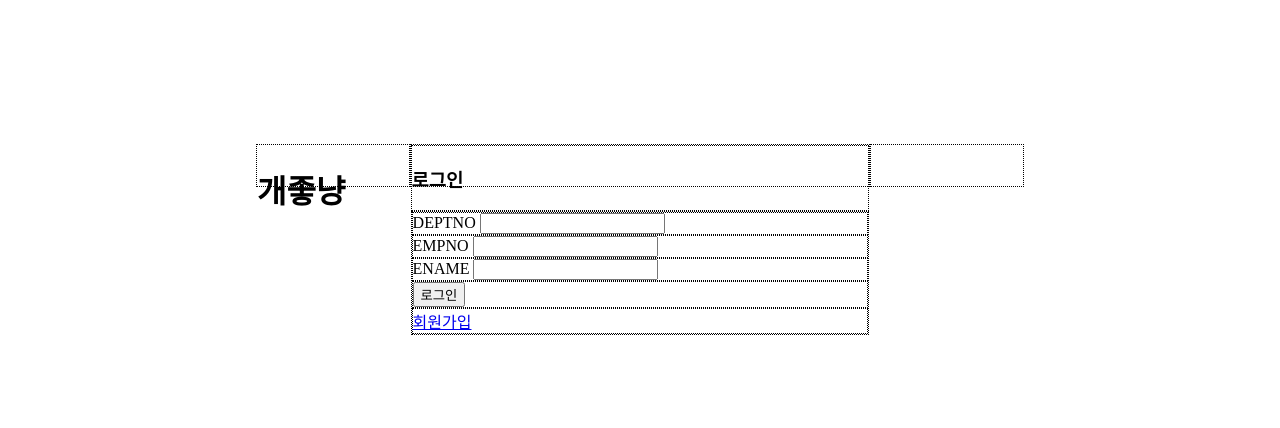
Repository: rmsgh2392/jee-company
Page: http://localhost/company/facade.do
These files come from the project's save history. The page is drawn as it stood at one moment and after the next save; the edit follows.
The browser window is 1280 px wide. The pictures show the whole page.
The page is served by Tomcat 9. Other server files are loaded and not shown.

Above is the page before, as saved 2019-10-07 10:38:18.

### company/WebContent/WEB-INF/views/facade/main.jsp
<%@ page language="java" contentType="text/html; charset=UTF-8"
    pageEncoding="UTF-8"%>
<%@taglib prefix="e" uri="http://java.sun.com/jsp/jstl/core"%>
<jsp:include page="../common/head.jsp"/>
<div class="container">
	<div><h1 id="main_text">개좋냥</h1></div>
	<div class="content">
	<e:choose>
		<e:when test="${page eq 'login'}">
			<jsp:include page="login.jsp"/>
		</e:when>
		<e:when test="${page eq 'join'}">
			<jsp:include page="join.jsp"/>
		</e:when>
		<e:when test="${page eq 'mypage'}">
			<jsp:include page="mypage.jsp"/>
		</e:when>
	</e:choose>
</div>
<div>
</div>
</div>
<script>
app.init('${ctx}');
</script>
<jsp:include page="../common/foot.jsp"/>

### company/WebContent/WEB-INF/views/common/head.jsp
<%@ page language="java" contentType="text/html; charset=UTF-8"
    pageEncoding="UTF-8"%>
<!DOCTYPE html>
<html>
<head>
<meta charset="UTF-8">
<title>Insert title here</title>
<script src="${js}/jquery.js"></script>
<link rel="stylesheet" type="text/css" href="${css}/style.css"/></link>
<script src="${js}/app.js"></script>
</head>
<body>
<div class="wrapper" style="width:100%; height:100%">
<div></div> <div></div> <div></div>
<div></div>

### company/WebContent/WEB-INF/views/facade/login.jsp
<%@ page language="java" contentType="text/html; charset=UTF-8"
    pageEncoding="UTF-8"%>
<form id="login_form">
	<div><h3 id="join_text">로그인</h3></div>
	<div class = "login_spac">
		<div id="text">
			DEPTNO <input id="deptname" class="login_text" type="text" name="deptNo"/>
		</div>
		<div id="text">
			EMPNO <input id="username" class="login_text" type="text" name="empNo"/>
		</div>
		<div id="text">
			ENAME <input id="userpw" class="login_text" type="text" name="ename"/>
		</div>
		<div>
			<input id="login_btn" type="button" value="로그인"/>
		</div>
		<div>
			<a id="a_join" href="#">회원가입</a>
		</div>
		<input type="hidden" name="action" value="login"/>
		<input type="hidden" name="page" value="mypage"/>
	</div>
</form>
<script>
app.init('${ctx}');
</script>

### company/WebContent/WEB-INF/views/common/foot.jsp
<%@ page language="java" contentType="text/html; charset=UTF-8"
    pageEncoding="UTF-8"%>
<div></div>
<div></div> <div></div> <div></div>
  </div>
</body>
</html>

### company/src/com/company/web/controllers/FacadeController.java
package com.company.web.controllers;

import java.io.IOException;
import javax.servlet.ServletException;
import javax.servlet.annotation.WebServlet;
import javax.servlet.http.HttpServlet;
import javax.servlet.http.HttpServletRequest;
import javax.servlet.http.HttpServletResponse;

import com.company.web.pool.Constants;

@WebServlet("/facade.do")
public class FacadeController extends HttpServlet {
	private static final long serialVersionUID = 1L;

	enum Resources{
		CTX, CSS, JS
	}
	protected void doGet(HttpServletRequest request, HttpServletResponse response) throws ServletException, IOException {
		for(Resources r : Resources.values()) {
			if(r.toString().toLowerCase().equals("ctx")) {
				request.getSession().setAttribute(r.toString().toLowerCase(), request.getContextPath());
			}else {
				request.getSession().setAttribute(r.toString().toLowerCase(), request.getContextPath() + "/resources/" + r.toString().toLowerCase());

			}

		}
		if(request.getParameter("page")==null) {
			request.setAttribute("page", "login");
		}else {
			request.setAttribute("page", request.getParameter("page"));
		}
		request.getRequestDispatcher
		(String.format(Constants.DOUBLE_PATH
				,request.getServletPath().substring(1,request.getServletPath().indexOf(".")),"main"))
		.forward(request, response);

	}

}

### company/WebContent/resources/css/style.css
@charset "UTF-8";
html, body{
	margin: 0;
	height: 100%;
	overflow: hidden;
}
.wrapper{
	display : grid;
	width: 100%;
	height:100%;
	grid-template-columns: 20% 60% 20%;
	grid-template-rows: 20% 60% 20%;
}
.container{
	display : grid;
	width: 100%;
	height:100%;
	grid-template-columns: 20% 60% 20%;
	grid-template-rows : 10% 60% 10%;
}
.container div{border : 1px dotted black}
#login_form{width:100%;height:100%}
#login_tab div{border : 1px solid black;}

### company/WebContent/resources/js/app.js
var app = (()=>{
	return {
		init : (ctx)=>{
			employeeService.login(ctx);
			employeeService.join(ctx);
			employeeService.moveJoin(ctx);

		}

	};

})();

var player = (()=>{
	var _empNo,_ename,_job,_mgr,_hireDate,_sal,_comm,_deptNo;

	var setDeptNo = (deptNo)=>{this.deptNo = deptNo;}
	var setEmpNo = (empNo)=>{this.empNo = empNo;}
	var setEname = (ename)=>{this.ename = ename;}
	var getDeptNo = ()=>{return this._deptNo;}
	var getEmpNo = ()=>{return this. _empNo;}
	var getEname = ()=>{return this._ename;}
	return {
		setDeptNo : setDeptNo,
		setEmpNo  :  setEmpNo ,
		setEname : setEname,
		getDeptNo : getDeptNo,
		getEmpNo : getEmpNo,
		getEname : getEname
	};
})();

var employeeService = (()=>{
	return {
		login : (ctx)=>{
			$('#login_btn').click(()=>{
				if($('#username').val()===''||$('#userpw').val()===''||$('#deptname').val()===''){
					alert('필수값이 없습니다.');
				}else{
					/*alert('입력한 값 아이디'+$('#username').val());*/
					$('#login_form').attr('action',ctx+'/company.do');
					$('#login_form').attr('method','GET');
					$('#login_form').submit();
				}

			});
		},
		join: (ctx)=>{
			$('#join_btn').click(()=>{
				if($('#join_empNo').val()===''||$('#join_ename').val()===''){
					alert('필수값이 없습니다.');
				}else{
					/*alert('입력한 값 아이디'+$('#join_empNo').val());*/
					$('#join_form').attr('action',ctx+'/company.do');
					$('#join_form').attr('method','GET');
					$('#join_form').submit();
				}
			});
		},
		moveJoin : (ctx)=>{
			$('#a_join').click(()=>{

				location.assign(ctx+'/facade.do?page=join')
			});
		},


		search: (ctx)=>{
			$('#find2').click(()=>{
				location.assign(ctx+'/player.do?action=search&page=a_position');
			});

			$('#find4').click(()=>{
				location.assign(ctx+'/player.do?action=search&page=4_find_by_teamid_position');

			});

		}

	};
})();

Loaded but not shown: company/WebContent/resources/js/jquery.js (library)

After the next save:
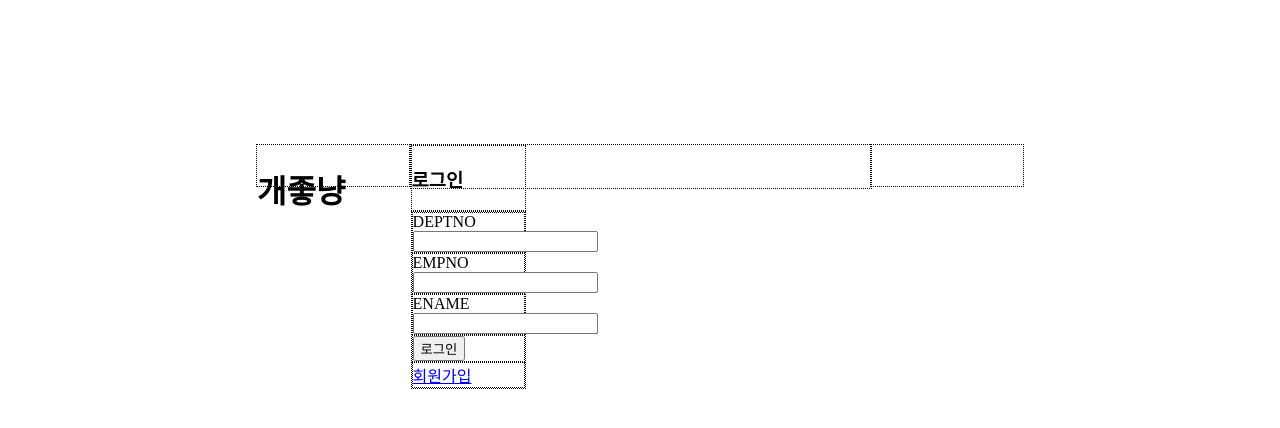
Saved 4 min 14 s later.
--- a/company/WebContent/resources/css/style.css
+++ b/company/WebContent/resources/css/style.css
@@ -18,6 +18,22 @@ html, body{
 	grid-template-columns: 20% 60% 20%;
 	grid-template-rows : 10% 60% 10%;
 }
+.content{
+	display : grid;
+	width: 100%;
+	height:100%;
+	grid-template-columns: 25% 50% 25%;
+	grid-template-rows : 10% 60% 30%;
+
+}
+#main_text{width : 200px; ,margin: 0 auto}
+.join_spac{
+	display : grid;
+	width: 700%;
+	height:80%;
+	grid-template-columns: 30% 20% 50%;
+	grid-template-rows : 11% 11% 11% 11% 11% 11% 11% 11% 12%;
+}
 .container div{border : 1px dotted black}
 #login_form{width:100%;height:100%}
 #login_tab div{border : 1px solid black;}
